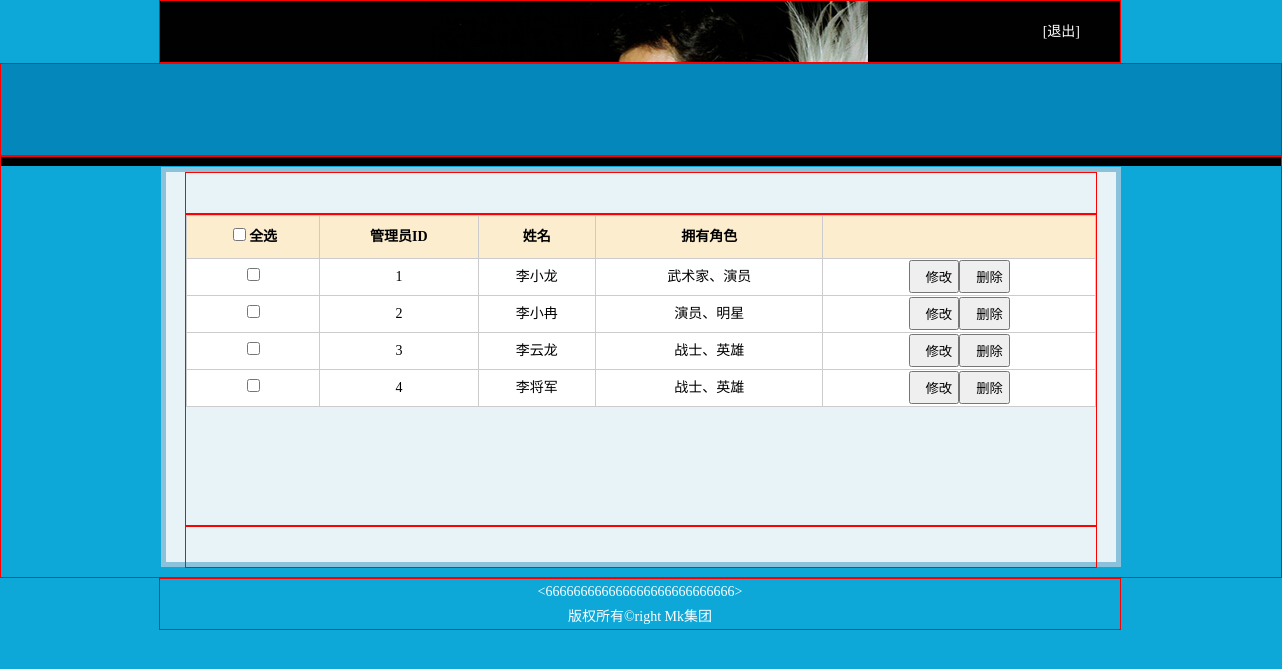
Repository: MasterKweng/workspace
Page: WebBasic/WebContent/Day02/demo6.html
These files come from the project's save history. The page is drawn as it stood at one moment and after the next save; the edit follows.
The browser window is 1280 px wide. The page is 1282 px wide, so the pictures cover 1282 px, including what lies to the right of the window. The pictures show the whole page.

Above is the page before, as saved 2018-01-04 08:37:17.

After the next save:
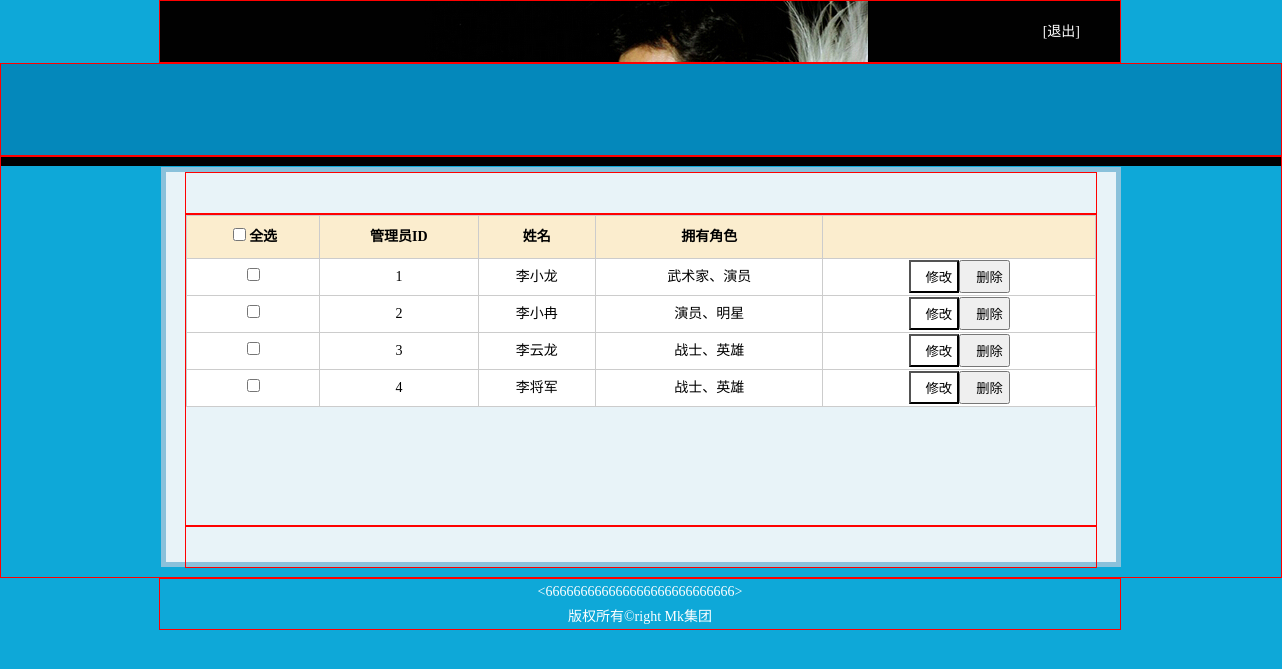
Saved 31 s later.
--- a/WebBasic/WebContent/Day02/demo6.html
+++ b/WebBasic/WebContent/Day02/demo6.html
@@ -119,6 +119,7 @@
 		}
 		.modify{
 			padding:5px 5px 5px 15px;
+			background:url() no-repeat left;
 		}
 		.delete{
 			padding:5px 5px 5px 15px;
